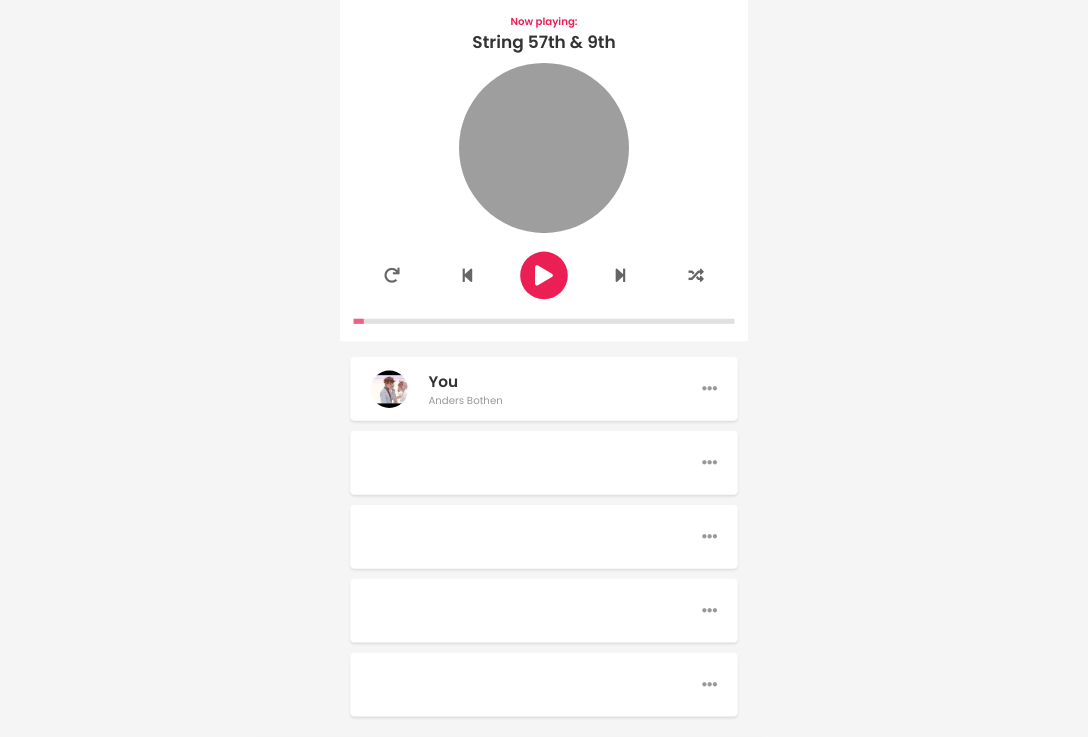
Repository: tongdkhai/Music-Player-
Page: index.html
The author's editor kept a copy of each file at every save. The page is drawn from the files as they stood at one save, then again after the next save.
The browser window is 1280 px wide. The pictures show the whole page, at 85% of full size.
Pictures or frames that could not be fetched are drawn as grey boxes.

Above is the page before, as saved 2022-09-25 21:51:05.

After the next save:
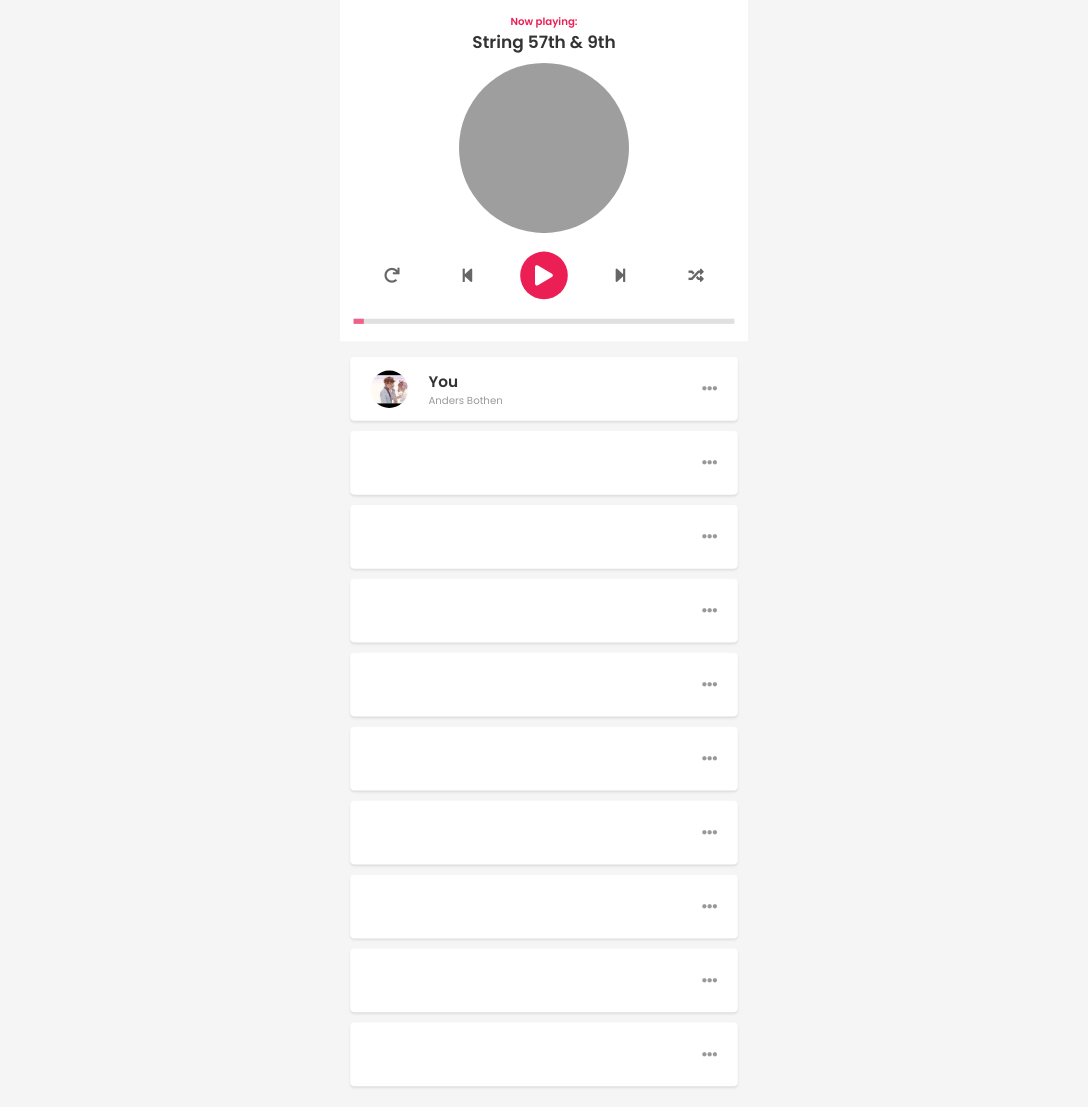
Saved 39 s later.
--- a/index.html
+++ b/index.html
@@ -94,6 +94,36 @@
                 singer: '',
                 path: '',
                 image: ''
+            },
+            {
+                name: '',
+                singer: '',
+                path: '',
+                image: ''
+            },
+            {
+                name: '',
+                singer: '',
+                path: '',
+                image: ''
+            },
+            {
+                name: '',
+                singer: '',
+                path: '',
+                image: ''
+            },
+            {
+                name: '',
+                singer: '',
+                path: '',
+                image: ''
+            },
+            {
+                name: '',
+                singer: '',
+                path: '',
+                image: ''
             }
         ],
             render: function() {
